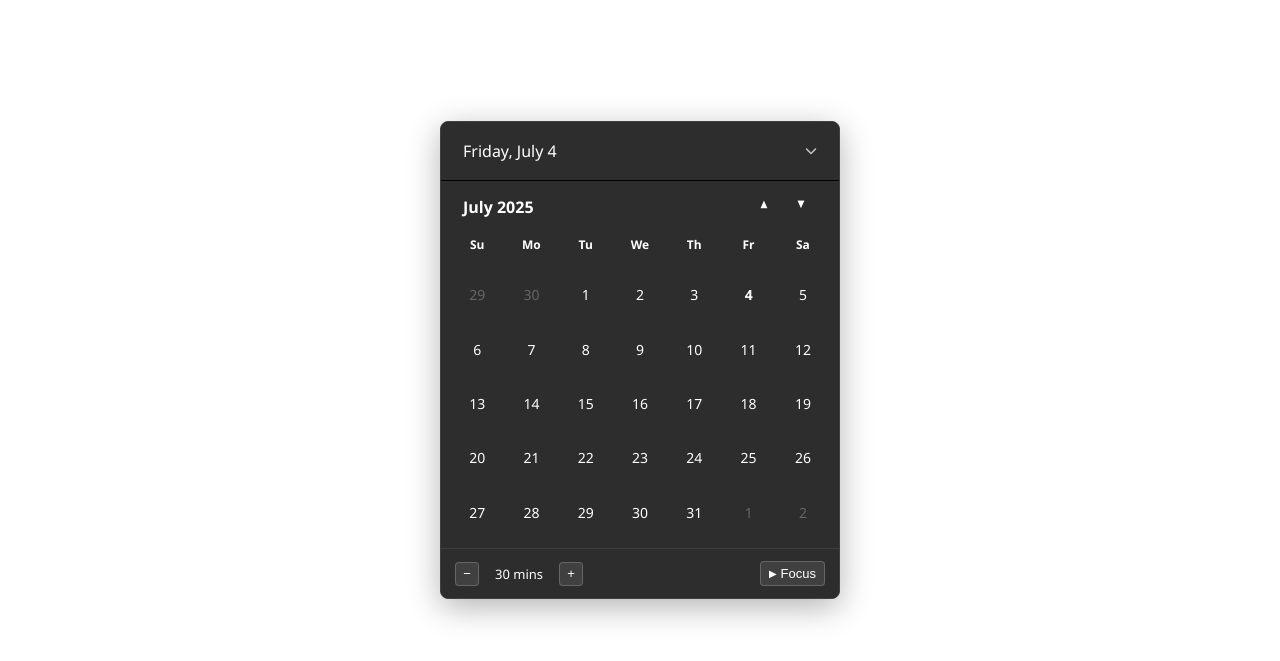
Repository: ThuTrang-jvb/JVB_BT2
Page: index.html
An editor plug-in stored every save of this project. The page is shown before and after the next save, followed by the edit.
The browser window is 1280 px wide. The pictures show the whole page.

Above is the page before, as saved 2025-07-07 11:34:20.

### index.html
<!DOCTYPE html>
<html lang="en">
<head>
  <meta charset="UTF-8" />
  <meta name="viewport" content="width=device-width, initial-scale=1.0"/>
  <title>Calendar</title>
  <link rel="stylesheet" href="style.css" />
  <link rel="stylesheet" href="https://cdnjs.cloudflare.com/ajax/libs/font-awesome/6.4.0/css/all.min.css" />
</head>
<body>
  <div class="calendar">
    <div class="top-bar">
      <div class="date-display" id="dateToggle">
        <span id="dateText">Monday, November 7</span>
        <span class="dropdown-icon" id="dropdownIcon">
          <i class="fa-solid fa-chevron-down"></i>
        </span>
      </div>
    </div>

    <div class="navigation-bar">
      <div class="title-block" id="calendarTitle">
        <span id="calendarTitleText">November 2022</span>
        <div class="arrow-controls">
          <span>&#9650;</span>
          <span>&#9660;</span>
        </div>
      </div>
    </div>

    <div class="main-calendar">
      <div class="weekday-header" id="weekdayHeader">
        <div class="weekday">Su</div>
        <div class="weekday">Mo</div>
        <div class="weekday">Tu</div>
        <div class="weekday">We</div>
        <div class="weekday">Th</div>
        <div class="weekday">Fr</div>
        <div class="weekday">Sa</div>
      </div>
      <div class="grid-display month-view" id="gridContainer"></div>
    </div>

    <div class="bottom-panel">
      <div class="control-section">
        <div class="session-control">
          <button class="btn-time" id="minusTime">−</button>
          <span class="time-display" id="durationLabel">30 mins</span>
          <button class="btn-time" id="plusTime">+</button>
        </div>
        <button class="session-btn" id="startBtn">
          <span class="session-icon">▶</span>
          <span>Focus</span>
        </button>
      </div>
    </div>
  </div>
  <script src="main.js"></script>
</body>
</html>

### style.css

* {
    margin: 0;
    padding: 0;
    box-sizing: border-box;
}

body {
    font-family: "Segoe UI", Tahoma, Geneva, Verdana, sans-serif;
    background: #ffffff;
    color: #000000;
    min-height: 100vh;
    display: flex;
    align-items: center;
    justify-content: center;
}

.calendar {
    background: #2d2d2d;
    border-radius: 8px;
    width: 100%;
    max-width: 400px;
    box-shadow: 0 8px 32px rgba(0, 0, 0, 0.3);
    border: 1px solid #404040;
    overflow: hidden;
    display: flex;
    flex-direction: column;
}

.top-bar {
    background: #2d2d2d;
    padding: 18px 22px;
    border-bottom: 1px solid #000;
}

.date-display {
    display: flex;
    align-items: center;
    justify-content: space-between;
    font-size: 16px;
    font-weight: 400;
    color: #ffffff;
    cursor: pointer;
    transition: color 0.2s ease;
}

.date-display:hover {
    color: #60a5fa;
}

.dropdown-icon {
    opacity: 0.7;
    font-size: 12px;
}

.navigation-bar {
    display: flex;
    align-items: center;
    justify-content: space-between;
    font-weight: 500;
    padding: 15px 0 10px 22px;
    background: #2d2d2d;
}

.title-block {
    display: flex;
    gap: 227px;
    font-size: 16px;
    font-weight: 600;
    color: #ffffff;
    cursor: pointer;
    transition: color 0.2s ease;
}

.title-block:hover {
    color: #60a5fa;
}

.arrow-controls {
    display: flex;
    gap: 30px;
    font-size: 10px;
    margin-left: auto;
}

.weekday-header {
    display: grid;
    grid-template-columns: repeat(7, 1fr);
    gap: 2px;
    margin-bottom: 8px;
    padding: 0 10px;
}

.weekday {
    text-align: center;
    font-size: 12px;
    font-weight: 600;
    color: white;
    padding: 8px 4px;
}

.grid-display {
    display: grid;
    gap: 2px;
    padding: 0 10px 10px;
}

.month-view {
    grid-template-columns: repeat(7, 1fr);
}

.year-view {
    grid-template-columns: repeat(4, 1fr);
    gap: 8px;
}

.decade-view {
    grid-template-columns: repeat(4, 1fr);
    gap: 8px;
}

.grid-cell,
.year-cell,
.decade-cell {
    aspect-ratio: 1;
    display: flex;
    align-items: center;
    justify-content: center;
    cursor: pointer;
    border-radius: 4px;
    font-size: 14px;
    font-weight: 400;
    transition: all 0.2s ease;
    color: #ffffff;
    min-height: 32px;
}

.grid-cell:hover,
.year-cell:hover,
.decade-cell:hover {
    background: #404040;
    border-radius: 50%;
}

.grid-cell.dimmed,
.decade-cell.dimmed {
    color: #666666;
}

.grid-cell.today,
.year-cell.current,
.decade-cell.current {
    background: #0078d4;
    color: white;
    font-weight: 600;
    border-radius: 50%;
}

.grid-cell.selected,
.year-cell.selected,
.decade-cell.selected {
    background: none;
    border: 2px solid co;
    color: white;
    font-weight: 600;
    border-radius: 50%;
}

.bottom-panel {
    padding: 12px 14px;
    border-top: 1px solid #404040;
    background: #2d2d2d;
}

.control-section {
    display: flex;
    justify-content: space-between;
    align-items: center;
}

.session-control {
    display: flex;
    align-items: center;
    gap: 6px;
}

.btn-time {
    background: #404040;
    color: white;
    cursor: pointer;
    font-size: 13px;
    width: 24px;
    height: 24px;
    display: flex;
    align-items: center;
    justify-content: center;
    border: 1px solid rgba(255, 255, 255, 0.2);
    transition: all 0.2s ease;
    border-radius: 4px;
}

.btn-time:hover {
    color: #60a5fa;
}

.time-display {
    font-size: 13px;
    color: white;
    min-width: 60px;
    padding: 0 10px;
    text-align: center;
}

.session-btn {
    background: #404040;
    border: 1px solid rgba(255, 255, 255, 0.2);
    padding: 4px 8px;
    color: white;
    font-size: 13px;
    cursor: pointer;
    display: flex;
    align-items: center;
    gap: 4px;
    transition: color 0.2s ease;
    border-radius: 4px;
}

.session-btn:hover {
    color: #60a5fa;
    background: #404040;
}

.session-icon {
    font-size: 10px;
}

.hidden {
    display: none;
}
.main-calendar {
    overflow: hidden;
    transition: max-height 0.4s ease;
}
.main-calendar.collapsed {
  max-height: 0;
}

@media (max-width: 480px) {
    .calendar {
        width: 90%;
        margin: 10px;
    }
}

### main.js
class Calendar {
    constructor() {
        this.currentDate = new Date();
        this.selectedDate = new Date();
        this.currentMonth = new Date();
        this.viewMode = 'month';
        this.timeMinutes = 30;
        this.focusInterval = null;
        this.remainingSeconds = 0;

        this.months = [
            'January', 'February', 'March', 'April', 'May', 'June',
            'July', 'August', 'September', 'October', 'November', 'December'
        ];

        this.monthsShort = [
            'Jan', 'Feb', 'Mar', 'Apr', 'May', 'Jun',
            'Jul', 'Aug', 'Sep', 'Oct', 'Nov', 'Dec'
        ];

        this.init();
    }

    init() {
        this.bindEvents();
        this.updateDisplay();
        this.startRealTimeUpdate();
    }

    bindEvents() {
        document.getElementById('dateText').addEventListener('click', () => this.handleHeaderClick())
        document.querySelector('.dropdown-icon').addEventListener('click', () => this.isCollapsed());
        document.getElementById('calendarTitle').addEventListener('click', () => this.handleNavTitleClick());
        const arrows = document.querySelectorAll('.arrow-controls span');
        if (arrows.length >= 2) {
            arrows[0].addEventListener('click', () => this.navigate(-1));
            arrows[1].addEventListener('click', () => this.navigate(1));
        }

        document.getElementById('minusTime').addEventListener('click', () => this.adjustTime(-5));
        document.getElementById('plusTime').addEventListener('click', () => this.adjustTime(15));
        document.getElementById('startBtn').addEventListener('click', () => this.toggleFocus());
    }

    adjustTime(minutes) {
        this.timeMinutes += minutes;
        if (this.timeMinutes < 5) this.timeMinutes = 5;
        if (this.timeMinutes > 480) this.timeMinutes = 480;
        this.updateTimeDisplay();
    }

    updateTimeDisplay() {
        const timeLabel = document.getElementById('durationLabel');
        if (this.timeMinutes >= 60) {
            const hours = Math.floor(this.timeMinutes / 60);
            const mins = this.timeMinutes % 60;
            if (mins === 0) {
                timeLabel.textContent = `${hours} hr${hours > 1 ? 's' : ''}`;
            } else {
                timeLabel.textContent = `${hours}h ${mins}m`;
            }
        } else {
            timeLabel.textContent = `${this.timeMinutes} mins`;
        }
    }

    toggleFocus() {
        const focusBtn = document.getElementById('startBtn');
        const icon = focusBtn.querySelector('.session-icon');
        const text = focusBtn.querySelector('span:last-child');

        if (text.textContent === 'Focus') {
            text.textContent = 'Stop';
            icon.textContent = '⏸';
            focusBtn.style.color = '#60a5fa';
            this.remainingSeconds = this.timeMinutes * 60;

            this.focusInterval = setInterval(() => {
                this.remainingSeconds--;
                this.updateCountdownDisplay();

                if (this.remainingSeconds <= 0) {
                    clearInterval(this.focusInterval);
                    this.focusInterval = null;
                    alert("Time's up!");
                    this.resetFocusButton();
                }
            }, 1000);

        } else {
            clearInterval(this.focusInterval);
            this.focusInterval = null;
            this.resetFocusButton();
            this.updateTimeDisplay();
        }
    }

    updateCountdownDisplay() {
        const timeLabel = document.getElementById('durationLabel');
        const minutes = Math.floor(this.remainingSeconds / 60);
        const seconds = this.remainingSeconds % 60;
        timeLabel.textContent = `${minutes}m ${seconds}s`;
    }

    resetFocusButton() {
        const focusBtn = document.getElementById('startBtn');
        const icon = focusBtn.querySelector('.session-icon');
        const text = focusBtn.querySelector('span:last-child');

        text.textContent = 'Focus';
        icon.textContent = '\u25B6';
        focusBtn.style.color = '#888888';
    }

    startRealTimeUpdate() {
        setInterval(() => {
            this.currentDate = new Date();
            this.updateHeaderDate();
        }, 1000);
    }

    handleHeaderClick() {
            this.viewMode = 'month';
            this.currentMonth = new Date(this.currentDate);
            this.selectedDate = new Date(this.currentDate);
            this.updateDisplay();

    }

    handleNavTitleClick() {
        switch (this.viewMode) {
            case 'month':
                this.viewMode = 'year';
                break;
            case 'year':
                this.viewMode = 'decade';
                break;
        }
        this.updateDisplay();
    }

    navigate(direction) {
        switch (this.viewMode) {
            case 'month':
                this.currentMonth.setMonth(this.currentMonth.getMonth() + direction);
                break;
            case 'year':
                this.currentMonth.setFullYear(this.currentMonth.getFullYear() + direction);
                break;
            case 'decade':
                this.currentMonth.setFullYear(this.currentMonth.getFullYear() + direction * 10);
                break;
        }
        this.updateDisplay();
    }

    updateDisplay() {
        this.updateHeaderDate();
        this.updateNavTitle();
        this.updateCalendarGrid();
        this.updateWeekdayHeader();
        this.updateTimeDisplay();
    }

    updateHeaderDate() {
        const options = { weekday: 'long', month: 'long', day: 'numeric' };
        const dateText = this.currentDate.toLocaleDateString('en-US', options);

        document.getElementById('dateText').textContent = dateText;
    }

    updateNavTitle() {
        let titleText = '';
        switch (this.viewMode) {
            case 'month':
                titleText = `${this.months[this.currentMonth.getMonth()]} ${this.currentMonth.getFullYear()}`;
                break;
            case 'year':
                titleText = this.currentMonth.getFullYear().toString();
                break;
            case 'decade':
                const startYear = Math.floor(this.currentMonth.getFullYear() / 10) * 10;
                titleText = `${startYear} - ${startYear + 9}`;
                break;
        }
        document.getElementById('calendarTitleText').textContent = titleText;
    }

    updateWeekdayHeader() {
        const header = document.getElementById('weekdayHeader');
        const grid = document.getElementById('gridContainer');

        if (this.viewMode === 'month') {
            header.classList.remove('hidden');
            grid.className = 'grid-display month-view';
        } else {
            header.classList.add('hidden');
            grid.className = `grid-display ${this.viewMode}-view`;
        }
    }

    updateCalendarGrid() {
        const grid = document.getElementById('gridContainer');
        grid.innerHTML = '';

        switch (this.viewMode) {
            case 'month':
                this.renderMonthView(grid);
                break;
            case 'year':
                this.renderYearView(grid);
                break;
            case 'decade':
                this.renderDecadeView(grid);
                break;
        }
    }

    renderMonthView(grid) {
        const daysInMonth = new Date(this.currentMonth.getFullYear(), this.currentMonth.getMonth() + 1, 0).getDate();
        const firstDay = new Date(this.currentMonth.getFullYear(), this.currentMonth.getMonth(), 1).getDay();
        const prevMonth = new Date(this.currentMonth.getFullYear(), this.currentMonth.getMonth(), 0);
        const prevMonthDays = prevMonth.getDate();

        for (let i = firstDay - 1; i >= 0; i--) {
            const day = document.createElement('div');
            day.className = 'grid-cell dimmed';
            day.textContent = prevMonthDays - i;
            grid.appendChild(day);
        }

        for (let day = 1; day <= daysInMonth; day++) {
            const date = new Date(this.currentMonth.getFullYear(), this.currentMonth.getMonth(), day);
            const dayElement = document.createElement('div');
            dayElement.className = 'grid-cell';
            dayElement.textContent = day;

            if (this.isSameDay(date, this.currentDate)) dayElement.classList.add('today');
            if (this.isSameDay(date, this.selectedDate)) dayElement.classList.add('selected');

            dayElement.addEventListener('click', () => {
                this.selectedDate = new Date(date);
                this.updateDisplay();
            });

            grid.appendChild(dayElement);
        }

        const totalCells = Math.ceil((firstDay + daysInMonth) / 7) * 7;
        const remainingCells = totalCells - (firstDay + daysInMonth);

        for (let day = 1; day <= remainingCells; day++) {
            const dayElement = document.createElement('div');
            dayElement.className = 'grid-cell dimmed';
            dayElement.textContent = day;
            grid.appendChild(dayElement);
        }
    }

    renderYearView(grid) {
        for (let month = 0; month < 12; month++) {
            const monthElement = document.createElement('div');
            monthElement.className = 'year-cell';
            monthElement.textContent = this.monthsShort[month];

            const date = new Date(this.currentMonth.getFullYear(), month, 1);

            if (month === this.currentDate.getMonth() && this.currentMonth.getFullYear() === this.currentDate.getFullYear()) {
                monthElement.classList.add('current');
            }
            if (month === this.currentMonth.getMonth()) {
                monthElement.classList.add('selected');
            }

            monthElement.addEventListener('click', () => {
                this.currentMonth.setMonth(month);
                this.viewMode = 'month';
                this.updateDisplay();
            });

            grid.appendChild(monthElement);
        }
    }

    renderDecadeView(grid) {
        const currentYear = this.currentMonth.getFullYear();
        const startYear = Math.floor(currentYear / 10) * 10 - 2;

        for (let i = 0; i < 16; i++) {
            const year = startYear + i;
            const yearElement = document.createElement('div');
            yearElement.className = 'decade-cell';
            yearElement.textContent = year;

            if (year === this.currentDate.getFullYear()) yearElement.classList.add('current');
            if (year === this.currentMonth.getFullYear()) yearElement.classList.add('selected');
            if (i < 2 || i > 13) yearElement.classList.add('dimmed');

            yearElement.addEventListener('click', () => {
                this.currentMonth.setFullYear(year);
                this.viewMode = 'year';
                this.updateDisplay();
            });

            grid.appendChild(yearElement);
        }
    }

    isSameDay(date1, date2) {
        return date1.getDate() === date2.getDate() &&
               date1.getMonth() === date2.getMonth() &&
               date1.getFullYear() === date2.getFullYear();
    }
    isCollapsed() {
        const calendar = document.querySelector('.calendar');
        const mainCalendar = document.querySelector('.main-calendar');
        const navigationBar = document.querySelector('.navigation-bar');
        const dropdownIcon = document.getElementById('dropdownIcon');

        calendar.classList.toggle('collapsed');

        if (calendar.classList.contains('collapsed')) {
            mainCalendar.style.display = 'none';
            navigationBar.style.display = 'none';

            // Đổi icon mũi tên thành hướng lên
            if (dropdownIcon.tagName === 'I') {
                dropdownIcon.classList.remove('fa-chevron-down');
                dropdownIcon.classList.add('fa-chevron-up');
            } else {
                dropdownIcon.textContent = '▲';
            }
        } else {
            mainCalendar.style.display = '';
            navigationBar.style.display = '';

            // Đổi icon mũi tên thành hướng xuống
            if (dropdownIcon.tagName === 'I') {
                dropdownIcon.classList.remove('fa-chevron-up');
                dropdownIcon.classList.add('fa-chevron-down');
            } else {
                dropdownIcon.textContent = '▼';
            }
        }
    }

}

document.addEventListener('DOMContentLoaded', () => {
    new Calendar();
});

After the next save:
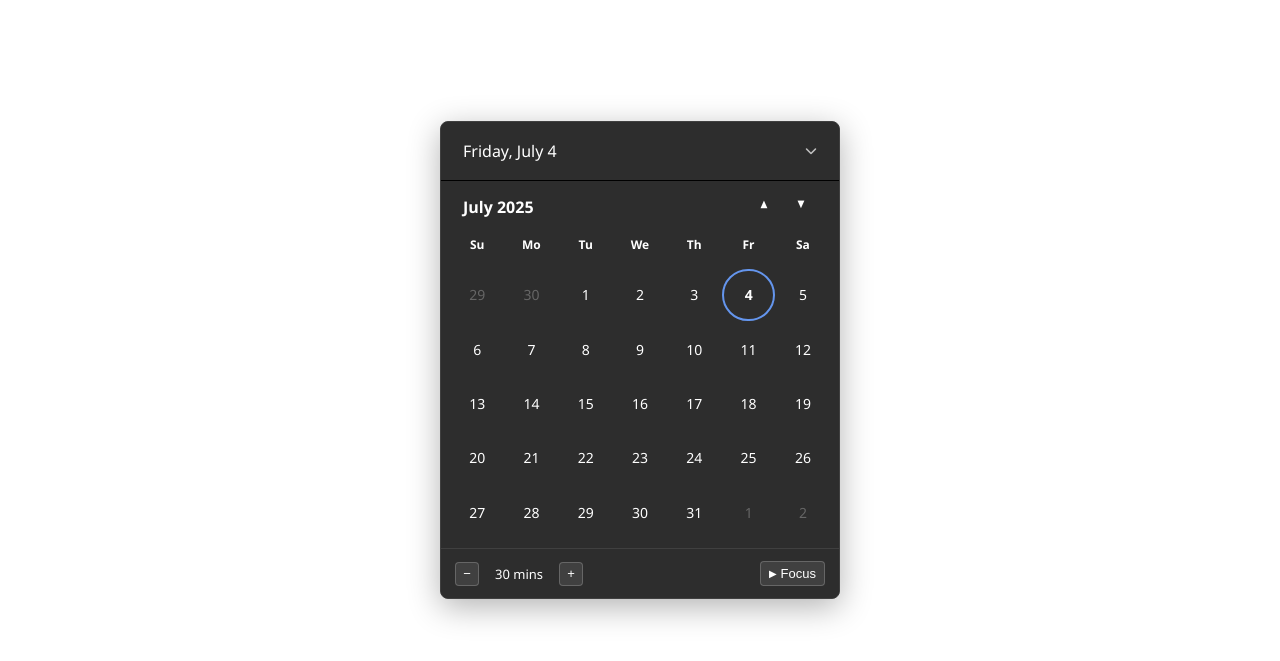
Saved 5 s later.
--- a/style.css
+++ b/style.css
@@ -160,7 +160,7 @@ body {
 .year-cell.selected,
 .decade-cell.selected {
     background: none;
-    border: 2px solid co;
+    border: 2px solid cornflowerblue;
     color: white;
     font-weight: 600;
     border-radius: 50%;
